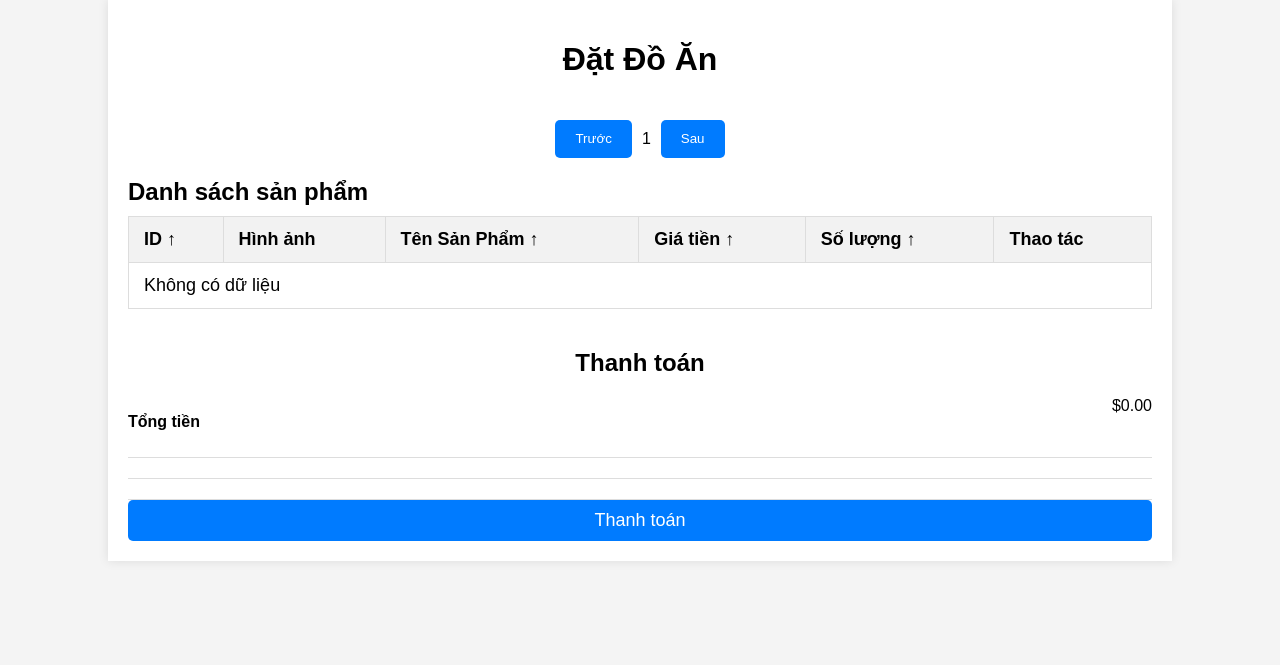
Repository: Tuananhdeptrai723/dientoandammay
Page: http://localhost/main/main.php
These files come from the project's save history. The page is drawn as it stood at one moment and after a run of saves; the edit follows.
The browser window is 1280 px wide. The pictures show the whole page.
The page is run by PHP 8.4 with error messages shown; the project is at /var/www/html/. Queries for data that is not in the repository find no rows.

Above is the page before, as saved 2024-06-04 20:30:15.

After the next 2 saves:
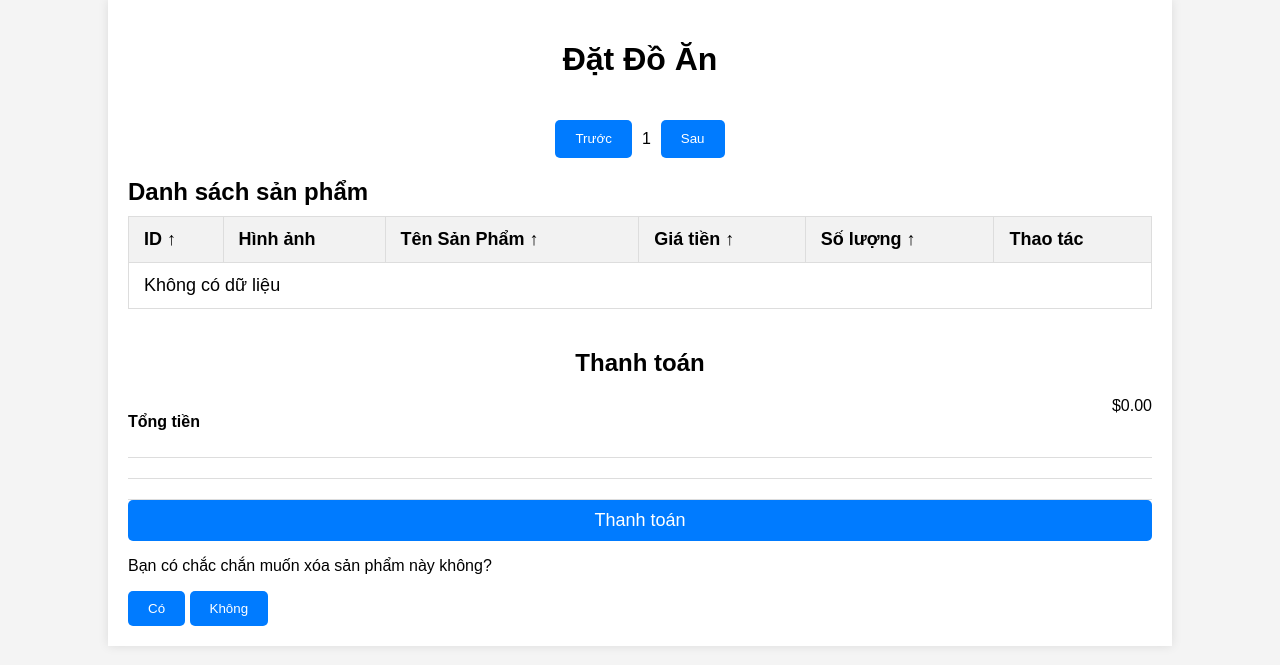
The 2 saves are shown as one change because they came seconds apart.
The last was saved 21 s later.
--- a/main/main.php
+++ b/main/main.php
@@ -91,6 +91,18 @@ include './ConnectDb.php';
         </div>
       </main>
     </main>
+
+        <!-- modal xóa 1 sản phẩm -->
+        <div id="confirmModal" class="modal">
+      <div class="modal-content">
+        <p>Bạn có chắc chắn muốn xóa sản phẩm này không?</p>
+        <div class="modal-buttons">
+          <button id="confirmYes">Có</button>
+          <button id="confirmNo">Không</button>
+        </div>
+      </div>
+    </div>
+
   </div>
   <script src="./main.js"></script>
   <script>

After the save that followed:
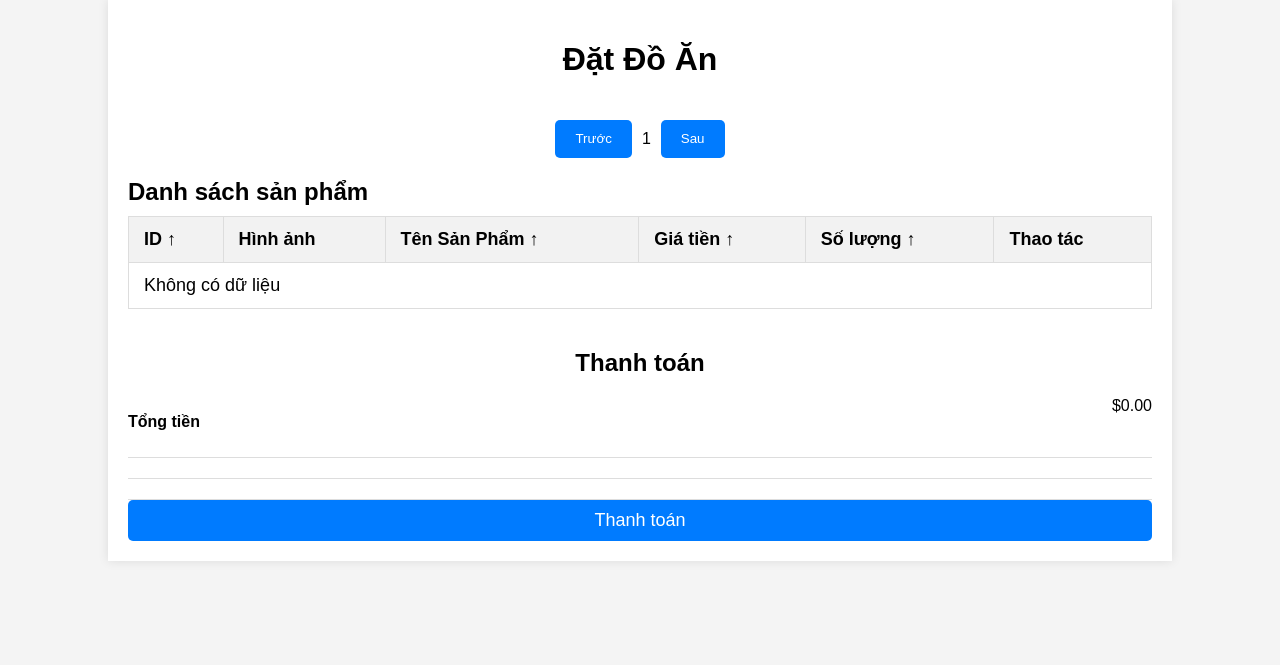
Saved 56 s later.
--- a/main/main.css
+++ b/main/main.css
@@ -133,7 +133,8 @@ h2 {
   text-align: left;
 }
 
-.table th, .table td {
+.table th,
+.table td {
   padding: 12px 15px;
   border: 1px solid #ddd;
 }
@@ -234,3 +235,52 @@ button:hover {
 .title-row {
   font-weight: bold;
 }
+
+/* Modal container */
+.modal {
+  display: none;
+  position: fixed;
+  z-index: 1;
+  left: 0;
+  top: 0;
+  width: 100%;
+  height: 100%;
+  overflow: auto;
+  background-color: rgba(0, 0, 0, 0.4);
+}
+
+/* Modal content */
+.modal-content {
+  background-color: #fefefe;
+  margin: 15% auto;
+  padding: 20px;
+  border: 1px solid #888;
+  width: 80%;
+  max-width: 500px;
+  box-shadow: 0 5px 15px rgba(0, 0, 0, 0.3);
+  border-radius: 5px;
+}
+
+/* Buttons */
+.modal-buttons {
+  display: flex;
+  justify-content: flex-end;
+  gap: 10px;
+}
+
+.modal-buttons button {
+  padding: 10px 20px;
+  border: none;
+  border-radius: 5px;
+  cursor: pointer;
+}
+
+#confirmBtn {
+  background-color: #4caf50;
+  color: white;
+}
+
+#cancelBtn {
+  background-color: #f44336;
+  color: white;
+}
